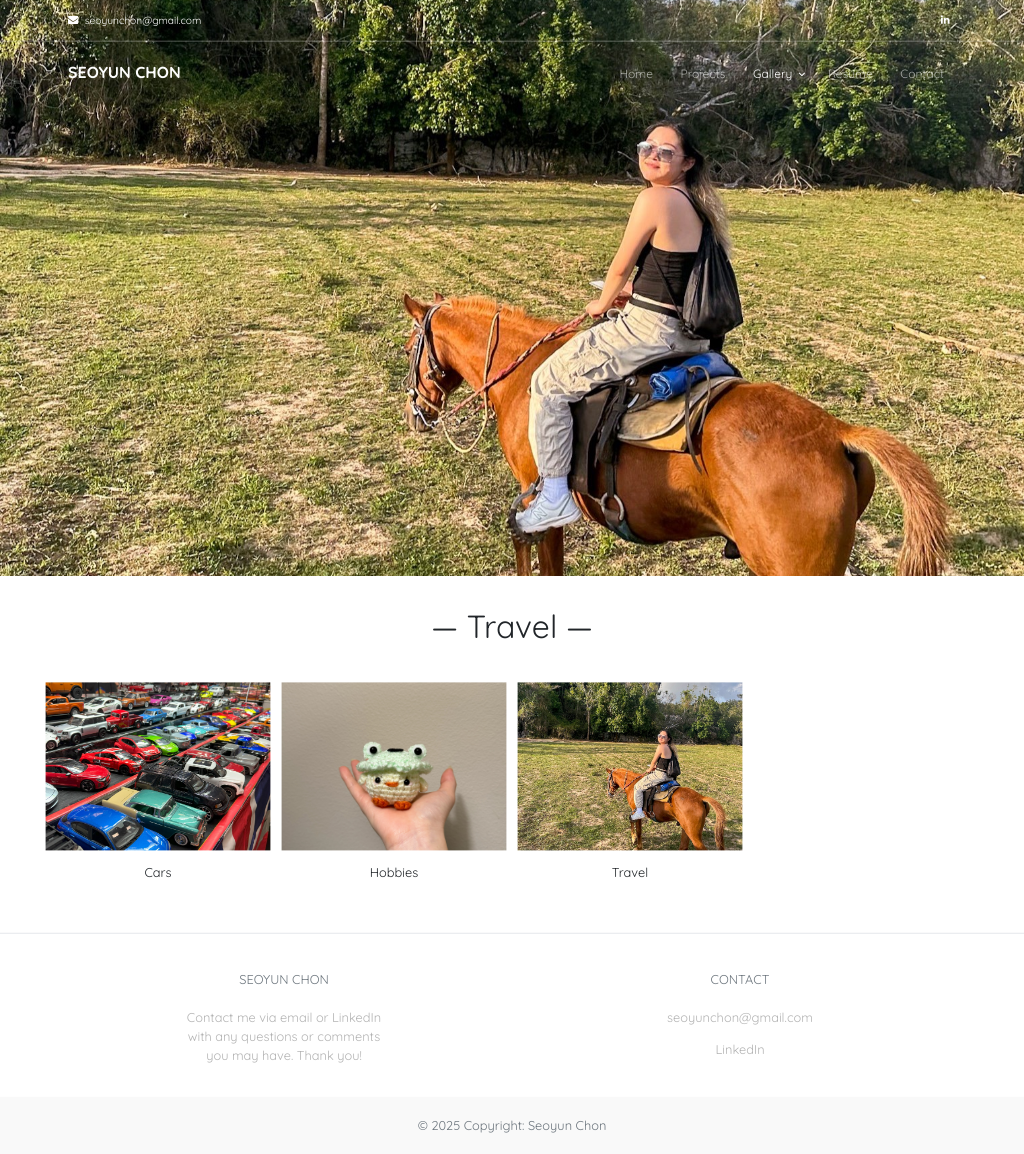
Repository: schon02/seoyun-chon-portfolio
Page: gallery_travel_page.html
An editor plug-in stored every save of this project. The page is shown before and after the next save, followed by the edit.
The browser window is 1280 px wide. The pictures show the whole page, at 80% of full size.

Above is the page before, as saved 2025-02-27 06:50:19.

After the next save:
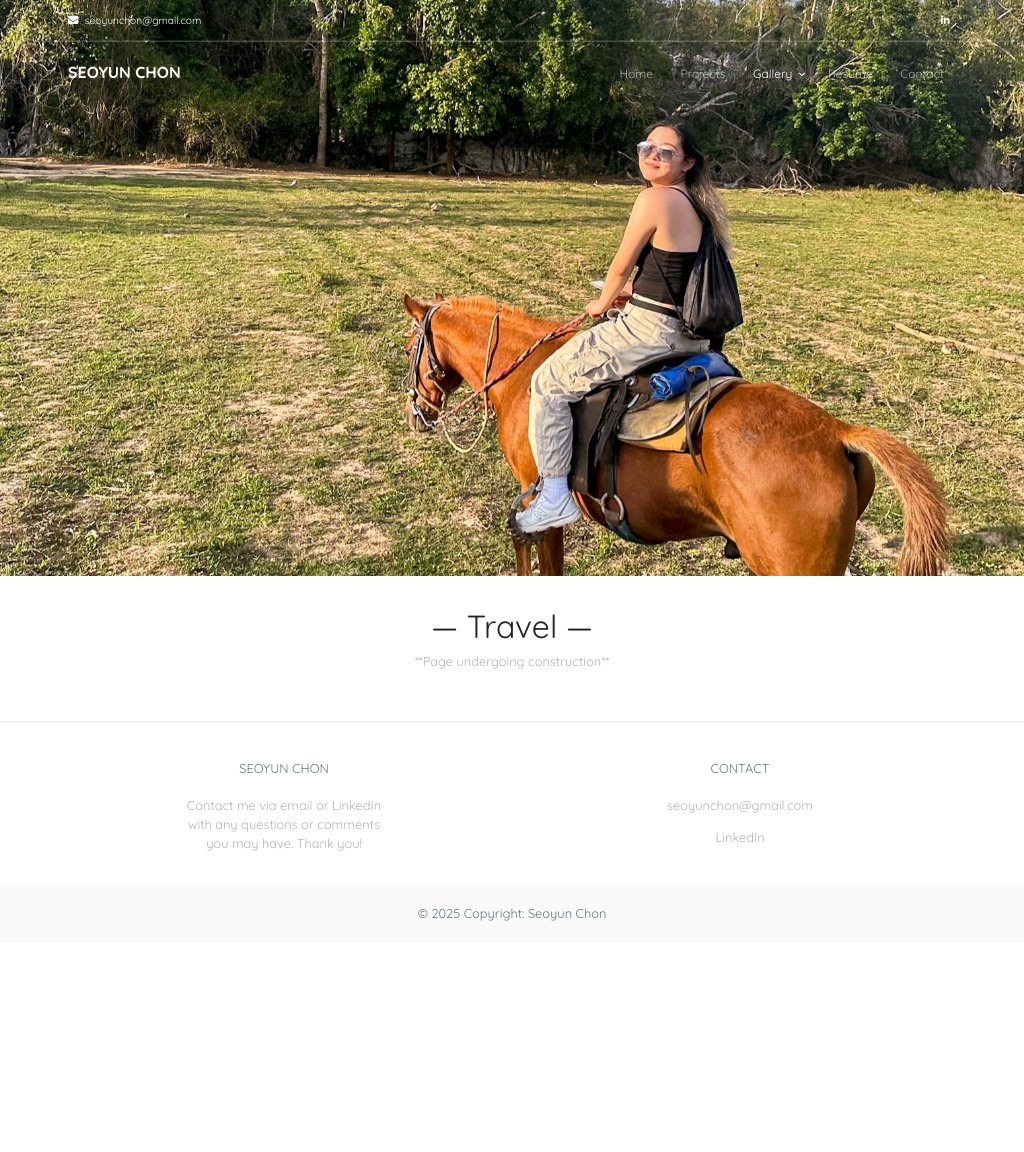
Saved 53 s later.
--- a/gallery_travel_page.html
+++ b/gallery_travel_page.html
@@ -121,11 +121,12 @@
 
         <div class="text-center" style="padding-top: 1cm;">
           <h1>— Travel —</h1>
+          <p>**Page undergoing construction**</p>
         </div>
 
 <!-- -------------first row for products gallery----------------- -->
 
-    <div style="padding-top: 1cm; margin: 0px 50px 0px 50px;">
+    <!-- <div style="padding-top: 1cm; margin: 0px 50px 0px 50px;">
       <div class="responsive">
         <div class="gallery">
           <a href="gallery_cars_page.html">
@@ -154,17 +155,17 @@
         </div>
       </div>
 
-      <!-- <div class="responsive">
+      <div class="responsive">
         <div class="gallery">
           <a target="_blank" href="images/amber-bottle.jpg">
             <img src="images/amber-bottle.jpg" alt="Mountains" width="600" height="400">
           </a>
           <div class="desc">Lavender Amber</div>
         </div>
-      </div> -->
+      </div>
 
       <div class="clearfix"></div>
-    </div>
+    </div> -->
 
 <!-- -------------second row for products gallery----------------- -->
 
